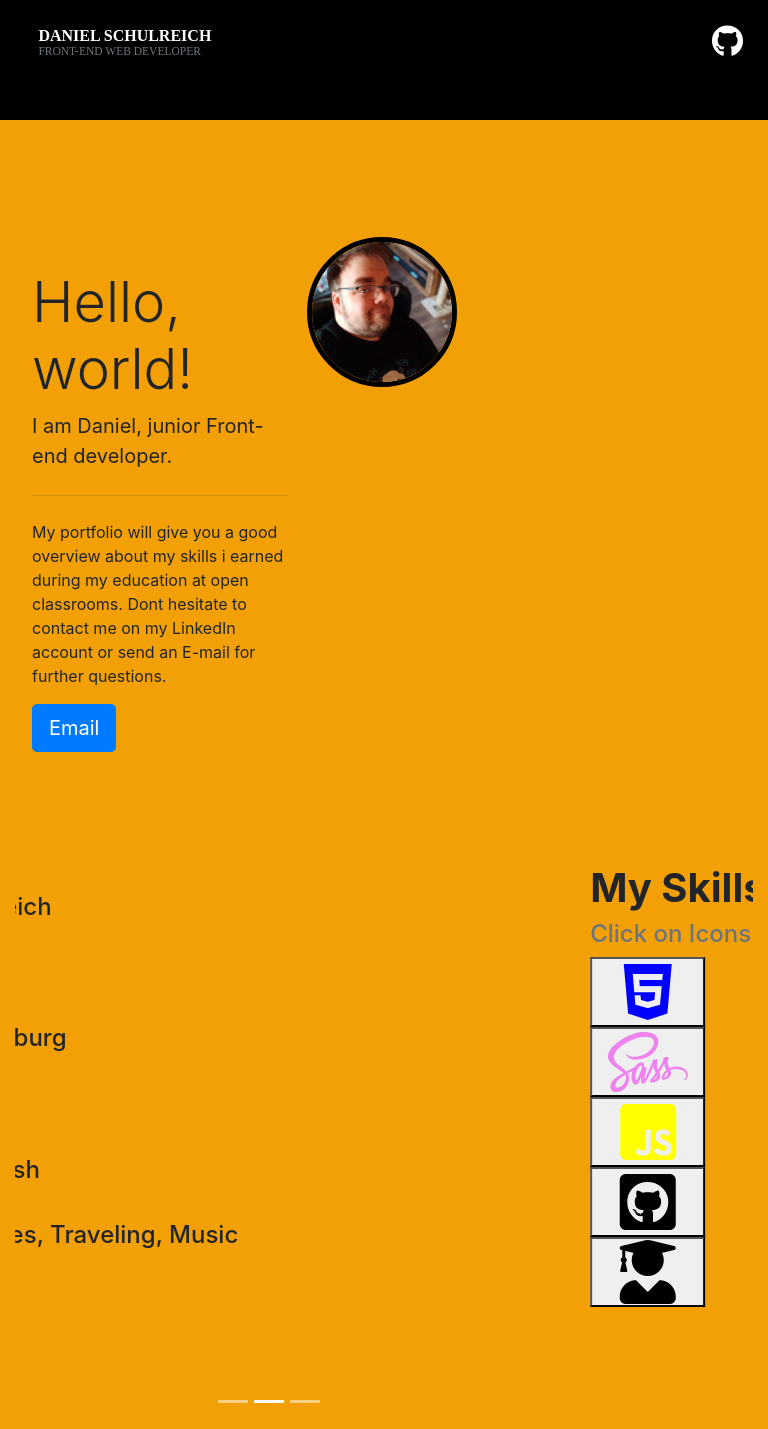
Repository: schulreich/my_portfolio
Page: index.html
These files come from the project's save history. The page is drawn as it stood at one moment and after the next save; the edit follows.
The browser window is 768 px wide. The pictures show the whole page.
Some web fonts or font styles are not loaded; a fallback is used. Some web libraries are served in a nearby version.

Above is the page before, as saved 2020-06-21 22:35:22.

After the next save:
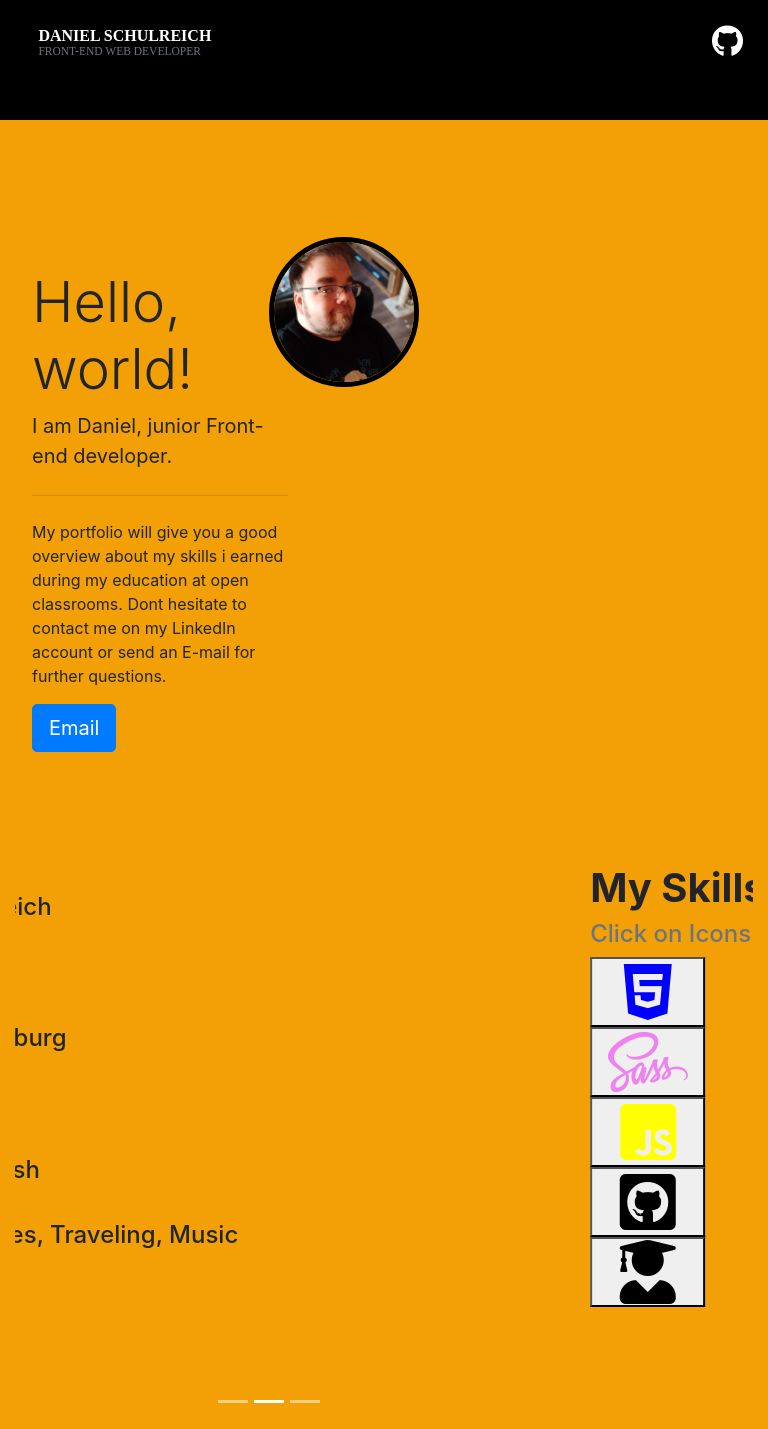
Saved 22 s later.
--- a/css/main.css
+++ b/css/main.css
@@ -25,7 +25,7 @@
 @media screen and (max-width: 768px){
   @keyframes mymove{
       0%   {left: 0%;}
-      100% {left: 40%;}
+      100% {left: 35%;}
   }
 }
 
